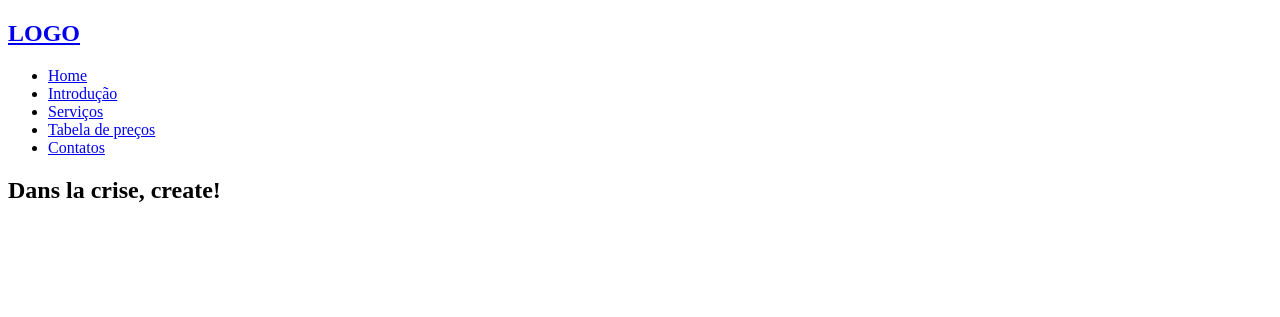
Repository: MarcioFreitasUFSC21/Proejct00
Page: ExampleSite/Assets/index2.html
An editor plug-in stored every save of this project. The page is shown before and after the next save, followed by the edit.
The browser window is 1280 px wide. The pictures show the whole page.

Above is the page before, as saved 2023-03-18 17:09:54.

### ExampleSite/Assets/index2.html
<!DOCTYPE html>
<html lang="pt-br">
<head>
    <meta charset="UTF-8">
    <meta http-equiv="X-UA-Compatible" content="IE=edge">
    <meta name="viewport" content="width=device-width, initial-scale=1.0">
    <title>The first page</title>
</head>
<body>
    <section>
        <div>
            <h1><a href="#">LOGO </a></h1>
            <nav>
                <ul>
                    <li><a href="#">Home</a></li>
                    <li><a href="#"> Introdução</a></li>
                    <li><a href="#"> Serviços</a></li>
                    <li><a href="#"> Tabela de preços</a></li>
                    <li><a href="#"> Contatos</a></li>
                </ul>
            </nav>
        </div>
    </section>
    <section>
        <div>

            <h2> Dans la crise, create!</h2>
            <p
        </div>
    </section>
</body>
</html>

After the next save:
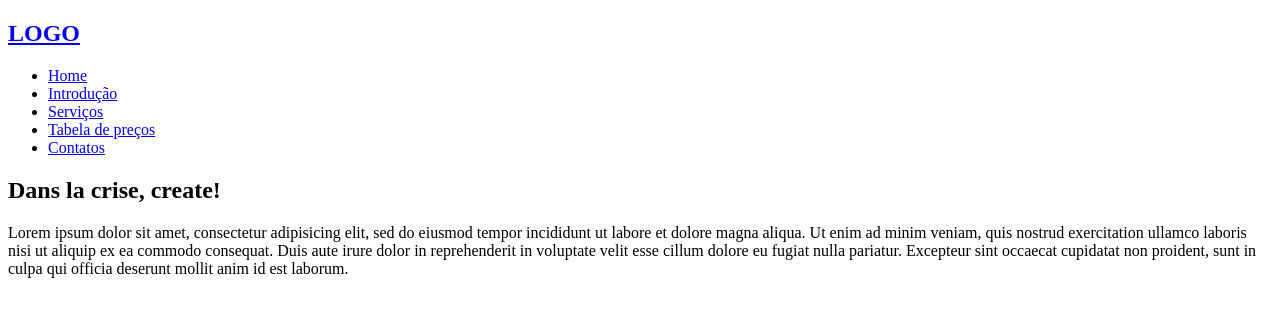
Saved 4 s later.
--- a/ExampleSite/Assets/index2.html
+++ b/ExampleSite/Assets/index2.html
@@ -25,7 +25,7 @@
         <div>
 
             <h2> Dans la crise, create!</h2>
-            <p
+            <p>Lorem ipsum dolor sit amet, consectetur adipisicing elit, sed do eiusmod tempor incididunt ut labore et dolore magna aliqua. Ut enim ad minim veniam, quis nostrud exercitation ullamco laboris nisi ut aliquip ex ea commodo consequat. Duis aute irure dolor in reprehenderit in voluptate velit esse cillum dolore eu fugiat nulla pariatur. Excepteur sint occaecat cupidatat non proident, sunt in culpa qui officia deserunt mollit anim id est laborum.</p>
         </div>
     </section>
 </body>
